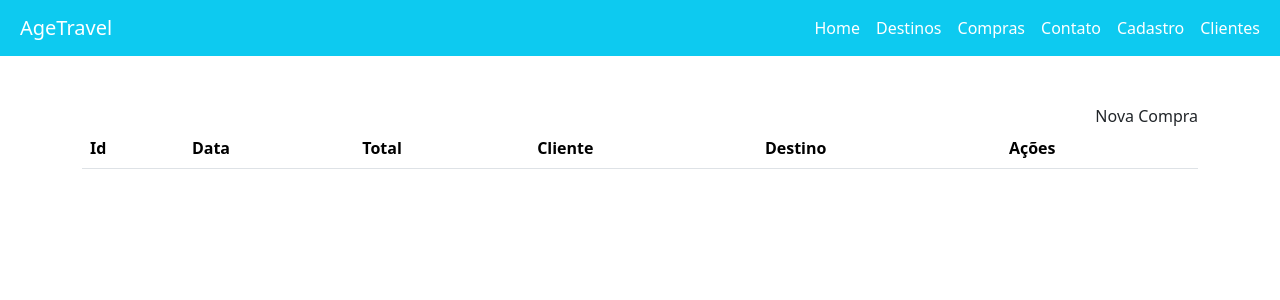
Repository: suyannepereira/modulo5
Page: http://localhost/compras/index
The author's editor kept a copy of each file at every save. The page is drawn from the files as they stood at one save, then again after the next save.
The browser window is 1280 px wide. The pictures show the whole page.
The page is this project's Thymeleaf template; nobody is signed in. The template is opened directly, without the code that normally fills it, so the values that code supplies are empty.

Above is the page before, as saved 2023-12-15 16:52:17.

### mod5/src/main/resources/templates/compras/index.html
<!DOCTYPE html>
<html lang="pt-br">

<head>
	<meta charset="UTF-8">
	<meta name="viewport" content="width=device-width, initial-scale=1.0">
	<link rel="stylesheet" href="assets/css/Style.css" />
	<link rel="stylesheet" href="https://cdn.jsdelivr.net/npm/bootstrap@5.3.2/dist/css/bootstrap.min.css">
	<title>Cadastro</title>
</head>

<body>
	<header>
		<nav class="navbar bg-info navbar-dark navbar-expand-sm sticky-top">
			<div class="container-fluid justify-content-around">
				<a href="index.html" class="navbar-brand d-flex align-items-center">
					<!-- Ícone do Bootstrap Icons --> <i class="bi bi-airplane-engines fs-4 me-2"></i>AgeTravel
				</a>
				<button class="navbar-toggler" type="button" data-bs-toggle="collapse" data-bs-target="#menuNavbar">
					<span class="navbar-toggler-icon"></span>
				</button>
				<div class="collapse navbar-collapse" id="menuNavbar">
					<div class="navbar-nav ms-auto">
						<a href="index.html" class="nav-link active">Home</a>
						<a href="destino" class="nav-link active">Destinos</a>
						<a href="compra" class="nav-link active">Compras</a>
						<a href="contato.html" class="nav-link active">Contato</a>
						<a href="cadastro.html" class="nav-link active">Cadastro</a>
						<a href="cliente" class="nav-link active">Clientes</a>
					</div>
				</div>
			</div>
		</nav>
	</header>
	<div class="container mt-5">
		<table class="table">
			<thead>
				<tr>
					<th scope="col">Id</th>
					<th scope="col">Data</th>
					<th scope="col">Total</th>
					<th scope="col">Cliente</th>
					<th scope="col">Destino</th>
					<th scope="col">Ações</th>
				</tr>
			</thead>
			<tbody>
				<tr th:each="compra : ${compras}">

					<td th:text="${compra.id}"></td>
					<td th:text="${compra.data}"></td>
					<td th:text="${compra.total}"></td>
					<td th:text="${compra.cliente.nome}"></td>
					<td th:text="${compra.destino.nome}"></td>


					<td>

						<a th:href="@{/compras/{id}/editar (id=${compra.id})}"
							class="btn btn-secondary btn-edit mb-1">
							Editar
						</a>
						<a th:href="@{/compras/{id}/excluir (id=${compra.id})}" class="btn btn-danger btn-edit mb-1"
							onclick="return confirm('Tem certeza que deseja excluir a compra?');">
							Excluir
						</a>
					</td>

				</tr>

				<div class="d-flex justify-content-end mt-4">
					<a > Nova Compra </a>
				</div>




			</tbody>
		</table>

	</div>

	<script src="https://cdn.jsdelivr.net/npm/bootstrap@5.3.2/dist/js/bootstrap.bundle.min.js"
		integrity="sha384-C6RzsynM9kWDrMNeT87bh95OGNyZPhcTNXj1NW7RuBCsyN/o0jlpcV8Qyq46cDfL"
		crossorigin="anonymous"></script>
</body>

</html>

### mod5/src/main/resources/static/css/Style.css
* {
  margin: 0;
  padding: 0;
  border: 0;
}
.sem-preenchimento {
  margin: 0 !important;
  padding: 0 !important;
}
/*form {
  width: 50%;
  height: auto;
  margin: 40px 0;
  border: 5px solid rgb(83, 202, 206);
  padding: 20px;
}*/
.footer-dimensoes {
  width: 100%;
  height: auto;
  bottom: 0;
  margin: 0;
  padding: 0;
}
.titulo-pages {
  font-family: "PT Sans", sans-serif;
  font-family: "Inter", sans-serif;
  font-size: 50px !important;
  font-weight: 700;
}
.form-area{
  padding-top: 20%;
}
.row.single-form{
  box-shadow: 0 2px 20px -5px rgba(0, 0, 0, 5);
}
.left{
  background: blue;
  padding: 200px 98px;
}

After the next save:
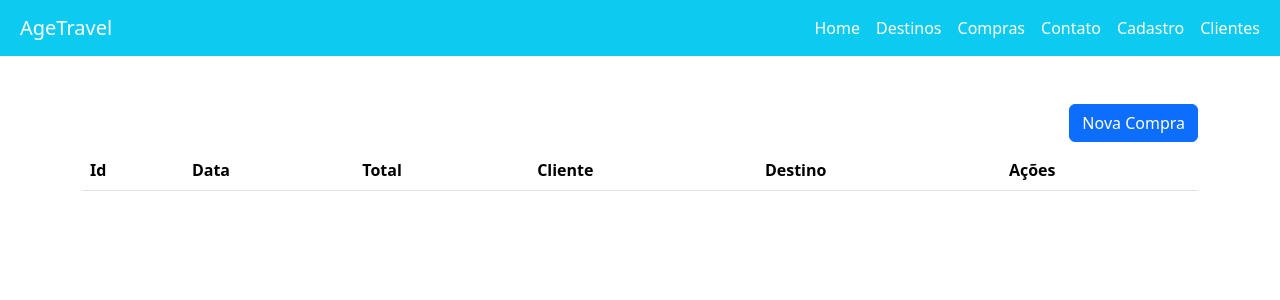
Saved 43 s later.
--- a/mod5/src/main/resources/templates/compras/index.html
+++ b/mod5/src/main/resources/templates/compras/index.html
@@ -68,8 +68,9 @@
 
 				</tr>
 
+
 				<div class="d-flex justify-content-end mt-4">
-					<a > Nova Compra </a>
+					<a th:href="@{clientes/cadastrar}" class="btn btn-primary mb-2 botao1"> Nova Compra </a>
 				</div>
 
 
